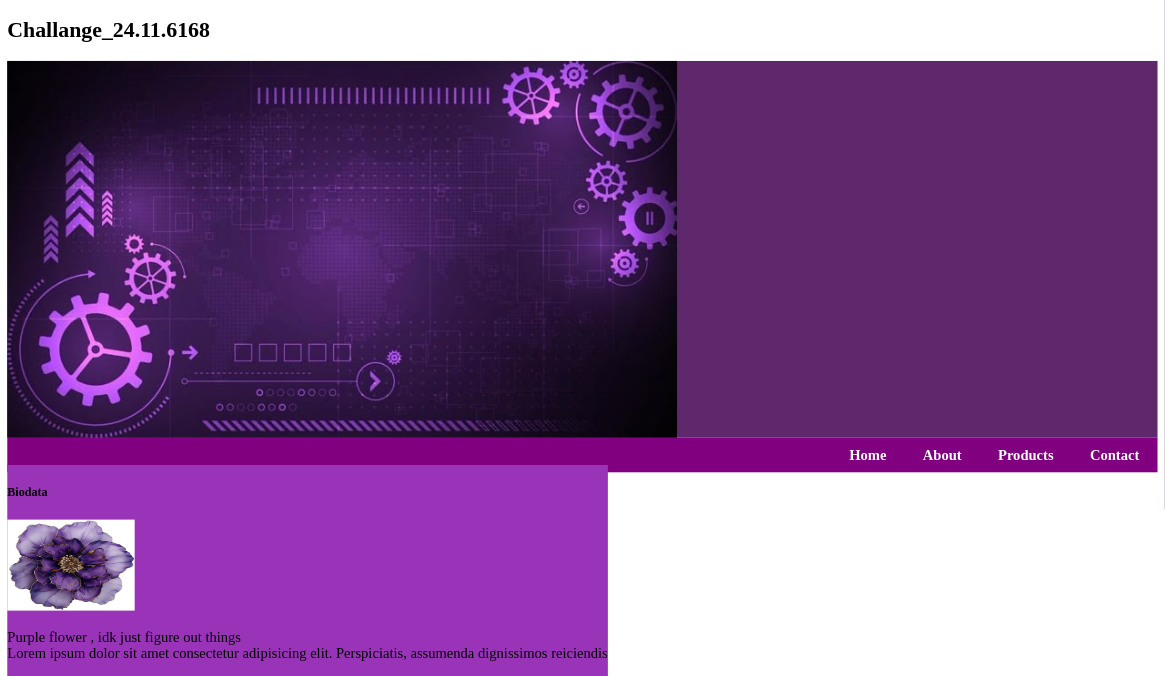
Repository: Ms-Ulfiyahrustam/p5_pemogramanweb
Page: index.html
An editor plug-in stored every save of this project. The page is shown before and after the next save, followed by the edit.
The browser window is 1280 px wide. The pictures show the whole page, at 91% of full size.

Above is the page before, as saved 2026-04-27 09:38:31.

### index.html
<!DOCTYPE html>
<html lang="en">
<head>
    <meta charset="UTF-8">
    <meta name="viewport" content="width=device-width, initial-scale=1.0">
    <link rel="stylesheet" href="style.css">
    <title>Document</title>
</head>
<body class="">
    <h2>Challange_24.11.6168</h2>
    <div class="flex-container">
        <img src="download.jpg" alt="">
    </div>
    <div class="leftside">
        <h5>Biodata</h5>
        <img src="purple.jpg" alt="" width="140" height="100" >
        <p>Purple flower , idk just figure out things <br>
            Lorem ipsum dolor sit amet consectetur adipisicing elit. Perspiciatis, assumenda dignissimos reiciendis  <br>
        </p>
    </div>
    <div class="midplace">
<nav class="menu">
  <ul>
    <li><a href="#">Home</a></li>
    <li><a href="#">About</a></li>
    <li><a href="#">Products</a></li>
    <li><a href="#">Contact</a></li>
  </ul>
</nav>
        </div>
</body>
</html>

### style.css


.flex-container{
    display: flex;
    background-color: rgb(95, 40, 109);
    margin: auto;
}

.leftside{

    float:left;
    background-color: rgb(153, 52, 184);
    margin-top: 30px;

}

leftside img{
    justify-content: center;
}

.rightside{

}

.midplace{
    background-color: purple;
    color: azure;

}

.menu {
  background-color: purple;
  padding: 10px 0;
}

.menu ul {
  display: flex;
  justify-content: right;
  list-style: none;
  margin: 0;
  padding: 0;
}

.menu li {
  margin: 0 20px;
}

.menu a {
  text-decoration: none;
  color: white;
  font-weight: bold;
}

After the next save:
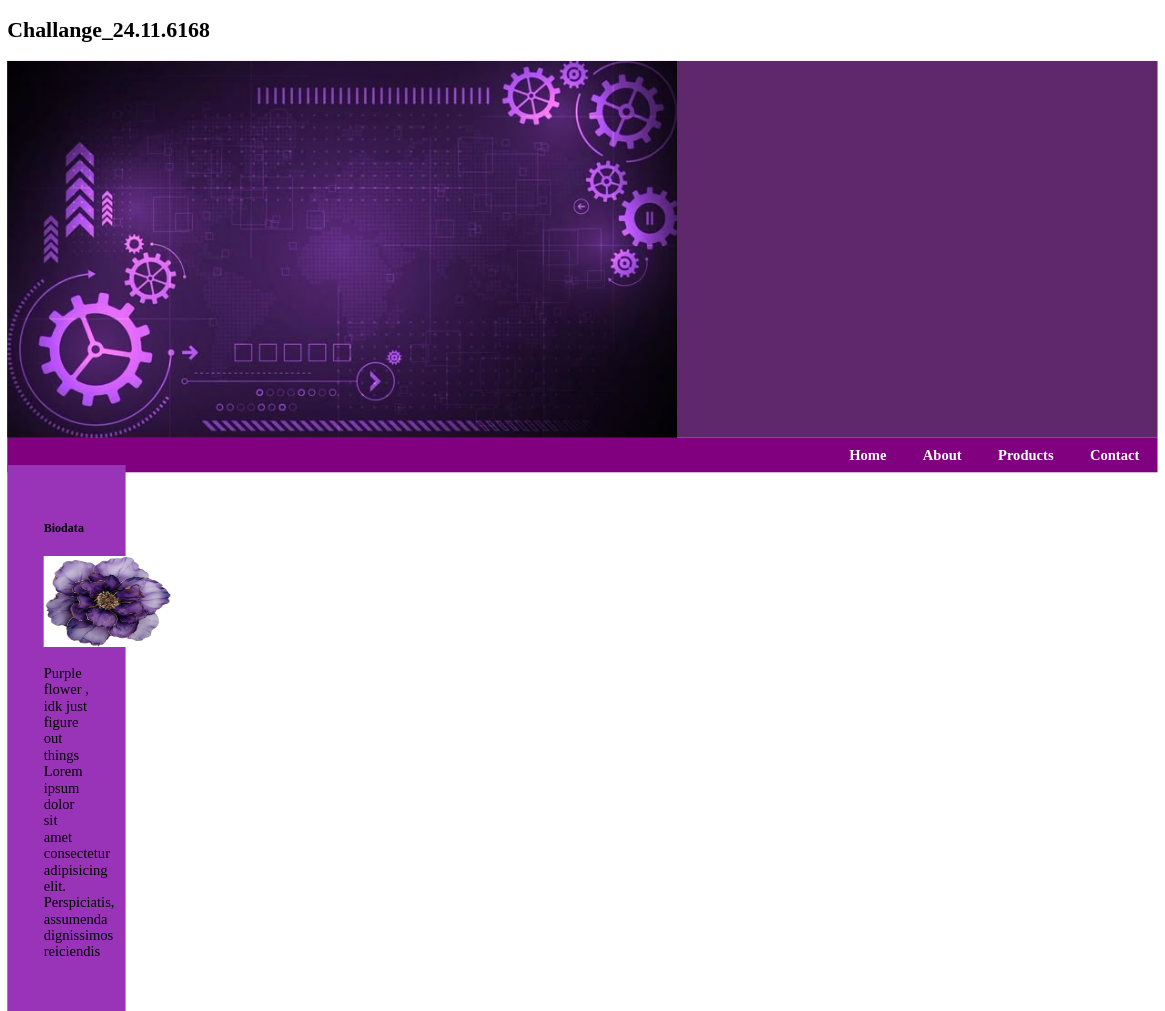
Saved 35 s later.
--- a/style.css
+++ b/style.css
@@ -11,6 +11,8 @@
     float:left;
     background-color: rgb(153, 52, 184);
     margin-top: 30px;
+        width:50px;
+    padding: 40px;
 
 }
 
